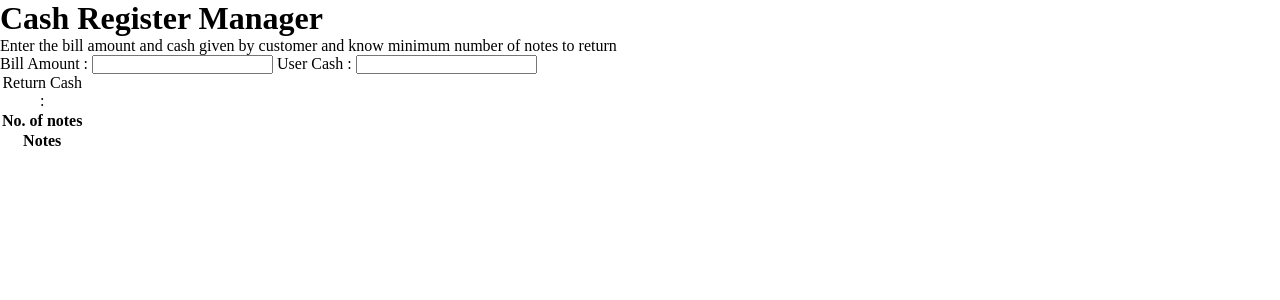
Repository: patelamancode/Cash-register-manager-app
Page: index.html
The author's editor kept a copy of each file at every save. The page is drawn from the files as they stood at one save, then again after the next save.
The browser window is 1280 px wide. The pictures show the whole page.

Above is the page before, as saved 2022-11-16 16:02:53.

### index.html
<!DOCTYPE html>
<html lang="en">

<head>
    <meta charset="UTF-8">
    <meta http-equiv="X-UA-Compatible" content="IE=edge">
    <meta name="viewport" content="width=device-width, initial-scale=1.0">
    <link rel="stylesheet" href="index.css">
    <title>Cash register app</title>
</head>

<body>
    <div id="main-container">
        <h1 class="heading">Cash Register Manager</h1>
        <p id="description">Enter the bill amount and cash given by customer
            and know minimum number of notes to return
        </p>
        <label for="Bill-amount">Bill Amount :</label>
        <input type="text" class="bill-amount">
        <label for="Cash-amount">User Cash :</label>
        <input type="text" class="cash-amount">
        <table class="change-cash">
            <caption>Return Cash :</caption>
            <tr>
                <th>No. of notes</th>
            </tr>
            <tr>
                <th>Notes</th>
            </tr>
        </table>
    </div>


</body>

</html>

Loaded but not shown: index.css (common file)

After the next save:
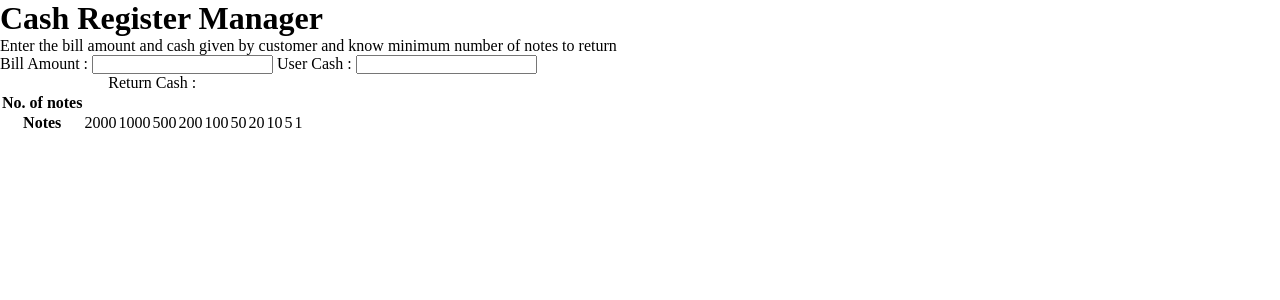
Saved 94 s later.
--- a/index.html
+++ b/index.html
@@ -26,6 +26,16 @@
             </tr>
             <tr>
                 <th>Notes</th>
+                <td>2000</td>
+                <td>1000</td>
+                <td>500</td>
+                <td>200</td>
+                <td>100</td>
+                <td>50</td>
+                <td>20</td>
+                <td>10</td>
+                <td>5</td>
+                <td>1</td>
             </tr>
         </table>
     </div>
